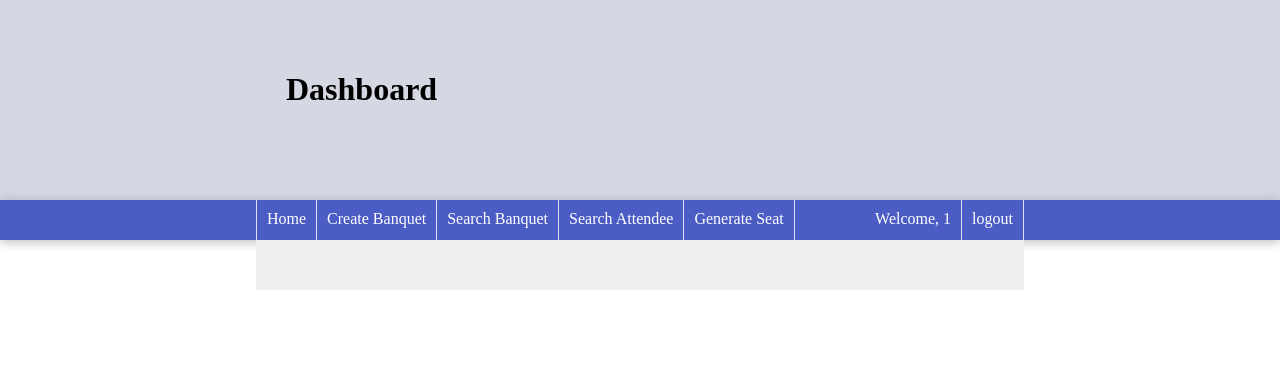
Repository: shingjan/Conference_Mgt_System
Page: http://localhost/admin-home.php
The author's editor kept a record of every edit. The page is drawn from the files as they stood at one moment, then again after the next edit.
The browser window is 1280 px wide. The pictures show the whole page.
The page is run by PHP 8.4 with error messages shown; the project is at /var/www/html/. The session is filled in as if someone had signed in: {"admin": 1, "uid": 1, "user": 1}. Queries for data that is not in the repository find no rows.

Above is the page before.

After the next edit:
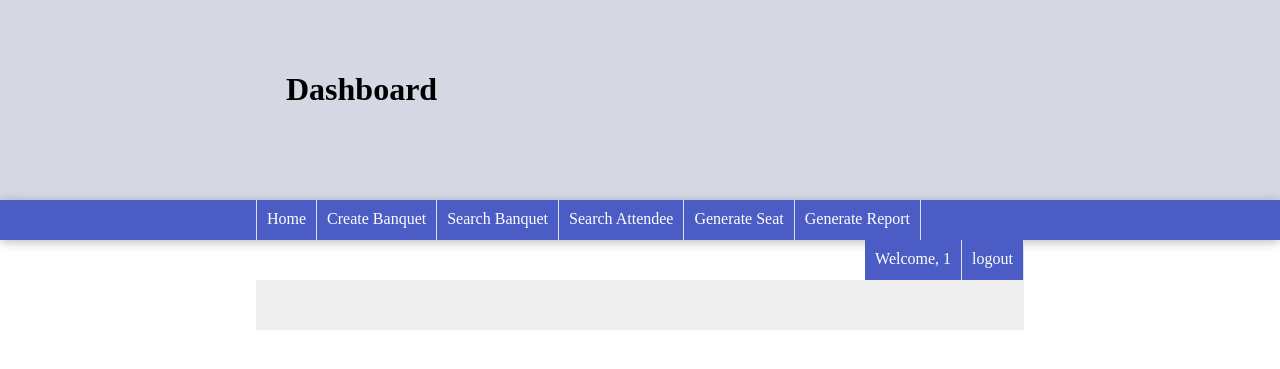
The edit:
--- a/admin-home.php
+++ b/admin-home.php
@@ -26,6 +26,7 @@
                 <a class="menu-item" href="search-banquet.php">Search Banquet</a>
                 <a class="menu-item" href="search-attendee.php">Search Attendee</a>
                 <a class="menu-item" href="seat-plan.php">Generate Seat</a>
+                <a class="menu-item" href="report.php">Generate Report</a>
                 <div class="logout">
                     <a class="menu-item" href="#">Welcome, <?=$_SESSION['admin']?></a>
                     <a class="menu-item" href="server/logout.php">logout</a>
